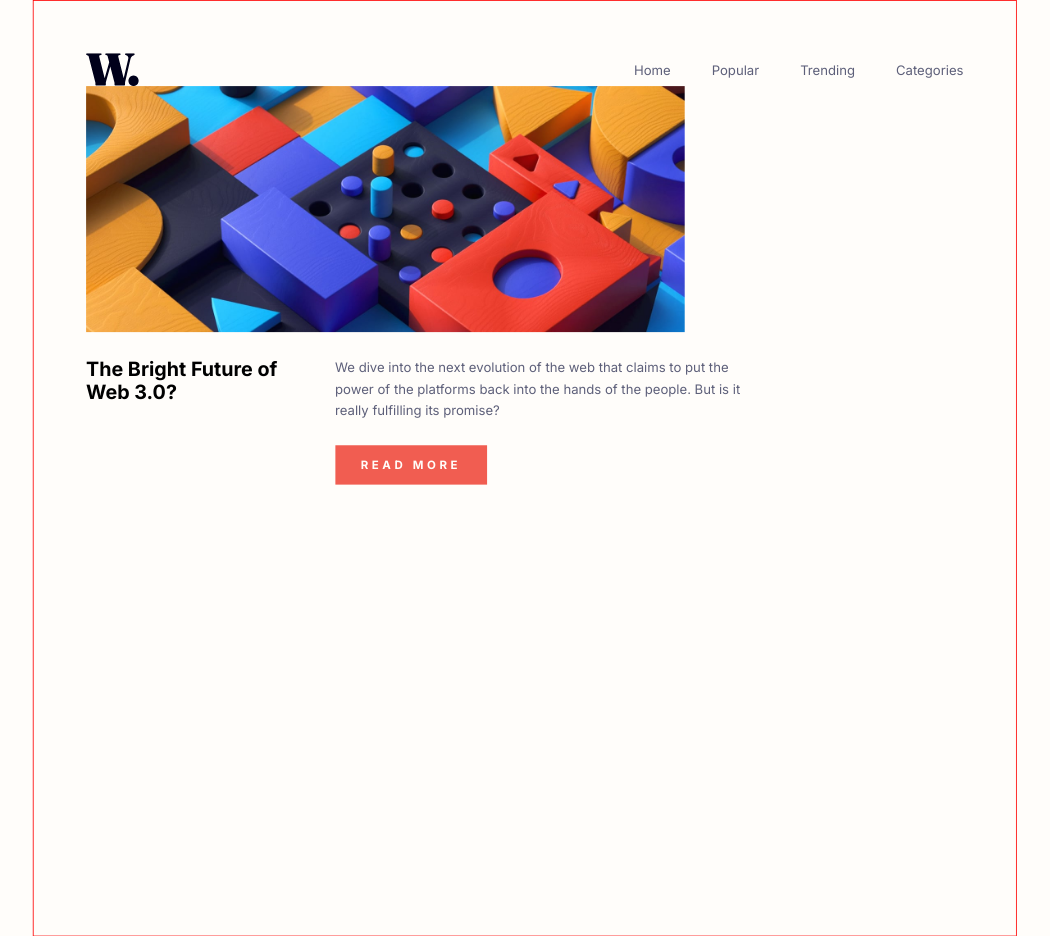
Repository: Arkitecth/news-webpage
Page: index.html
These files come from the project's save history. The page is drawn as it stood at one moment and after the next save; the edit follows.
The browser window is 1280 px wide. The pictures show the whole page, at 82% of full size.

Above is the page before, as saved 2023-06-07 20:36:44.

After the next save:
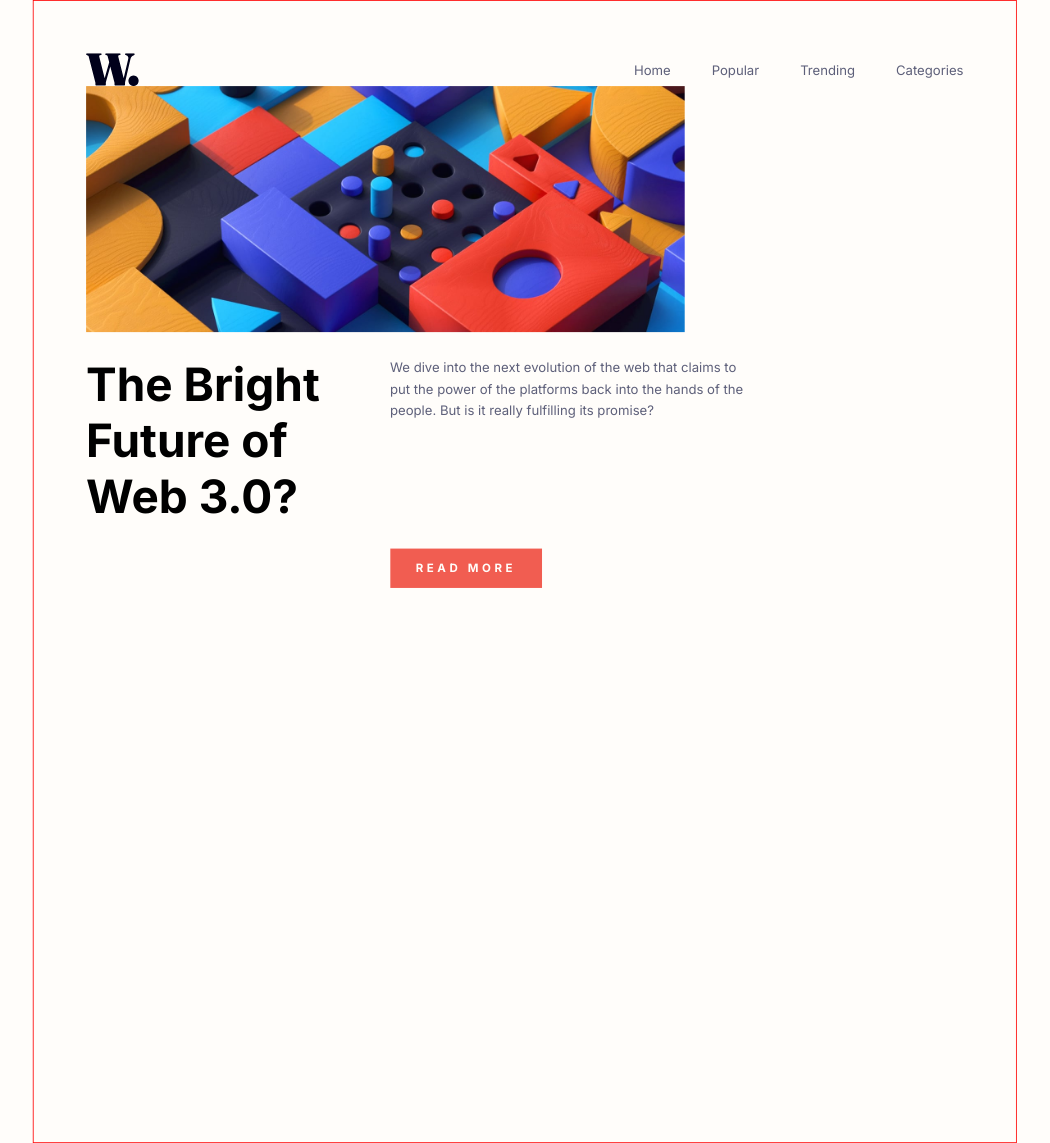
Saved 27 s later.
--- a/style.css
+++ b/style.css
@@ -109,12 +109,12 @@
     display: grid;
     grid-template-rows: auto auto auto;
     grid-template-columns: auto auto auto;
-    gap: 30px
-    ;
+    gap: 30px;
 }
 
 .showcase-card h1 {
     grid-row-start: 2;
+    font-size: 56px;
 }
 
 .showcase-card p {
